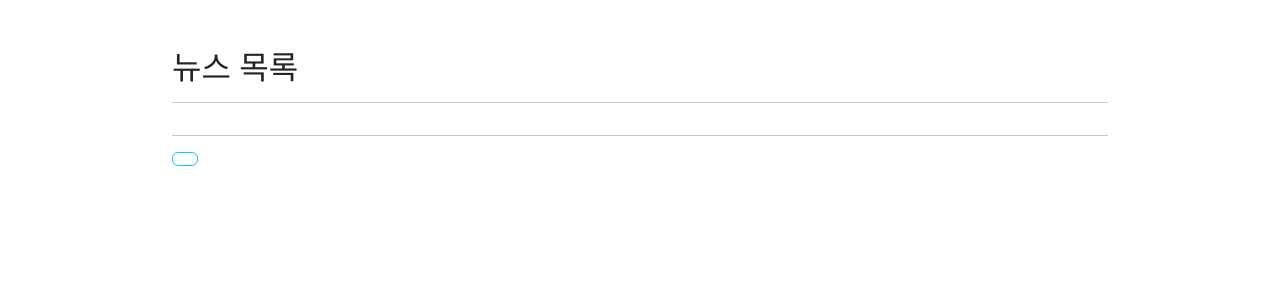
Repository: gold9387/jwbook
Page: http://localhost/jwbook/news.nhn
An editor plug-in stored every save of this project. The page is shown before and after the next save, followed by the edit.
The browser window is 1280 px wide. The pictures show the whole page.
The page is served by Tomcat 9. Queries for data that is not in the repository find no rows.

Above is the page before, as saved 2023-06-07 06:17:17.

After the next save:
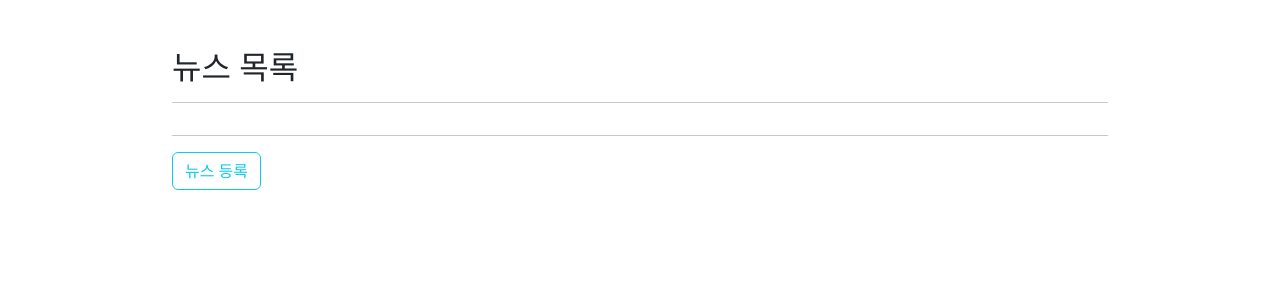
Saved 29 s later.
--- a/jwbook/src/main/webapp/ch10/newsList.jsp
+++ b/jwbook/src/main/webapp/ch10/newsList.jsp
@@ -40,8 +40,7 @@
 		</c:if>
 		<button type="button" class="btn btn-outline-info mb-3"
 			data-bs-toggle="collapse" data-bs-target="addForm"
-			aria-expanded="false" aria-controls="">
-			<span></span>
+			aria-expanded="false" aria-controls="addForm">뉴스 등록
 		</button>
 	</div>
 </body>
